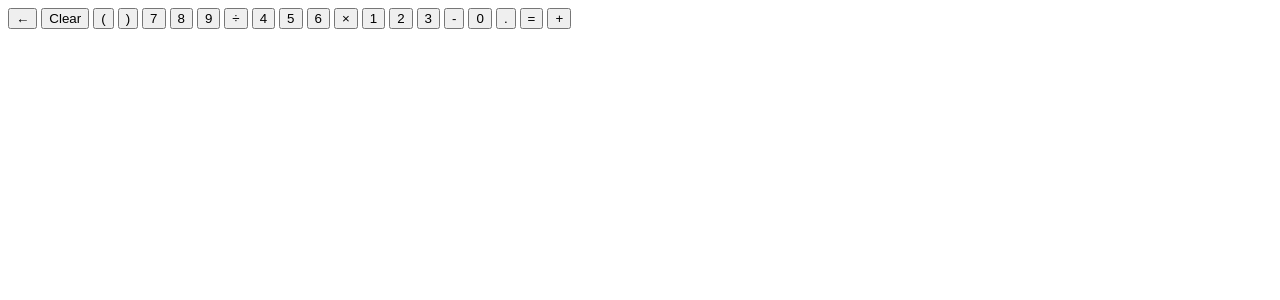
Repository: z1youRA/MyCalculator
Page: index.html
These files come from the project's save history. The page is drawn as it stood at one moment and after the next save; the edit follows.
The browser window is 1280 px wide. The pictures show the whole page.

Above is the page before, as saved 2021-12-19 13:58:38.

After the next save:
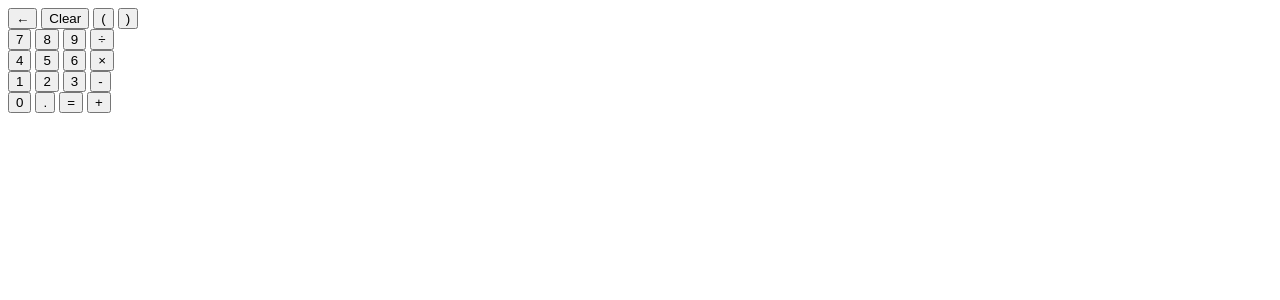
Saved 85 s later.
--- a/index.html
+++ b/index.html
@@ -9,27 +9,35 @@
 </head>
 <body>
     <div class='buttons'>
-        <div class='first-line'></div>
-        <button>←</button>
-        <button>Clear</button>
-        <button>(</button>
-        <button>)</button>
-        <button>7</button>
-        <button>8</button>
-        <button>9</button>
-        <button>÷</button>
-        <button>4</button>
-        <button>5</button>
-        <button>6</button>
-        <button>×</button>
-        <button>1</button>
-        <button>2</button>
-        <button>3</button>
-        <button>-</button>
-        <button>0</button>
-        <button>.</button>
-        <button>=</button>
-        <button>+</button>
+        <div class='first-line'>
+            <button>←</button>
+            <button>Clear</button>
+            <button>(</button>
+            <button>)</button>
+        </div>
+        <div class='second-line'>
+            <button>7</button>
+            <button>8</button>
+            <button>9</button>
+            <button>÷</button>
+        </div>
+        <div class='third-line'>
+            <button>4</button>
+            <button>5</button>
+            <button>6</button>
+            <button>×</button>
+        </div>
+        <div class='fourth-line'></div>
+            <button>1</button>
+            <button>2</button>
+            <button>3</button>
+            <button>-</button>
+        <div class='fifth-line'>
+            <button>0</button>
+            <button>.</button>
+            <button>=</button>
+            <button>+</button>
+        </div>
     </div>
 </body>
 <script src='script.js'>
